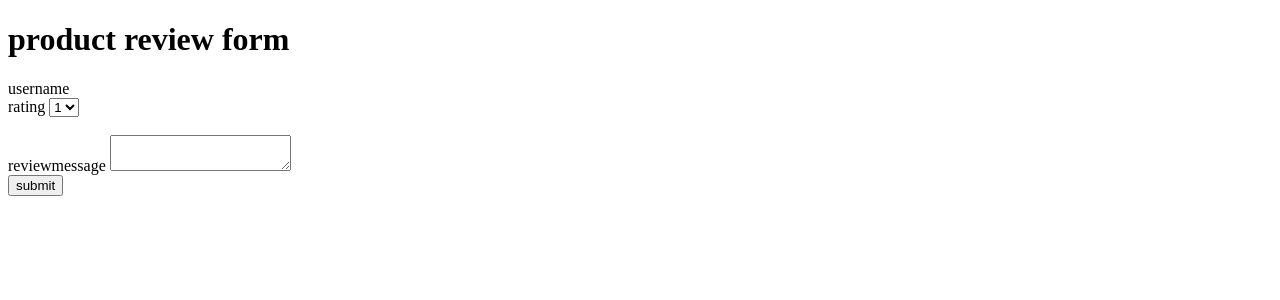
Repository: avishahir4812-crypto/Web-Development-Assignment
Page: session 3/form.html
The author's editor kept a copy of each file at every save. The page is drawn from the files as they stood at one save, then again after the next save.
The browser window is 1280 px wide. The pictures show the whole page.

Above is the page before, as saved 2026-06-28 10:02:33.

After the next save:
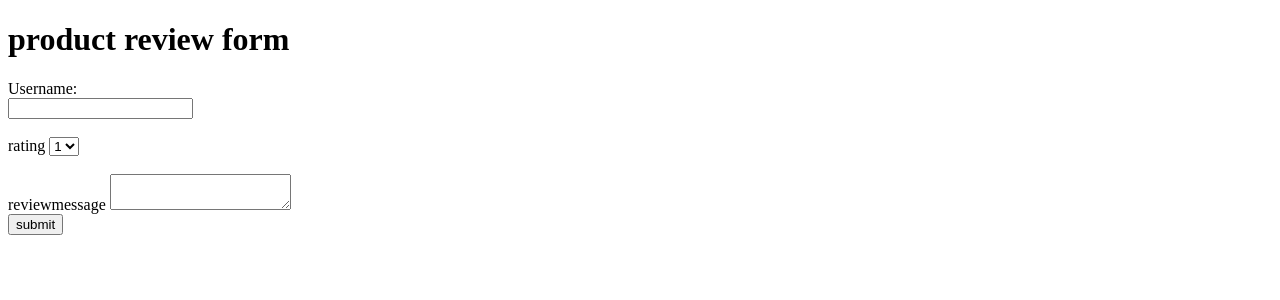
Saved 29 s later.
--- a/session 3/form.html
+++ b/session 3/form.html
@@ -8,8 +8,8 @@
 <body>
     <h1>product review form</h1>
     <form action="" method="post">
-        <label for="username">username</label>
-        <label type="text" id="username" name="username" required></label><br>
+       <label for="username">Username:</label><br>
+    <input type="text" id="username" name="username" required><br><br>
 
         <label for="rating">rating</label>
         <select id="rating" name="rating"required>
